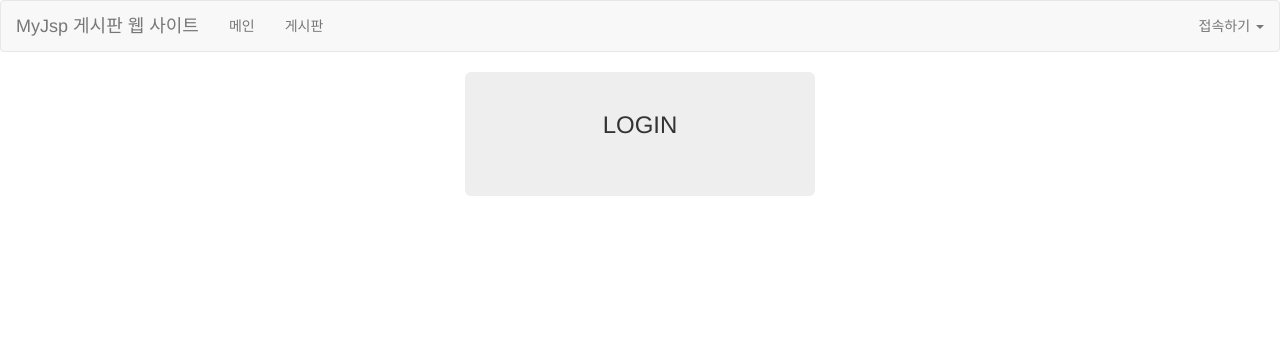
Repository: Ji3un/JspBoard
Page: http://localhost/BBS/join.jsp
These files come from the project's save history. The page is drawn as it stood at one moment and after the next save; the edit follows.
The browser window is 1280 px wide. The pictures show the whole page.
Some web libraries are served in a nearby version. The page is served by Tomcat 9. Other server files are loaded and not shown.

Above is the page before, as saved 2017-10-03 10:42:09.

### BBS/WebContent/join.jsp
<%@ page language="java" contentType="text/html; charset=UTF-8"
    pageEncoding="UTF-8"%>
<!DOCTYPE html>
<html>
<head>
<meta name="viewport" content="width=device-width", initial-scale="1">
<meta http-equiv="Content-Type" content="text/html; charset=UTF-8">
<link rel="stylesheet" href="css/bootstrap.css">
<title>MyJsp 게시판</title>
</head>
<body>
	<nav class="navbar navbar-default">
		<div class="navbar-header">
			<button type="button" class="navbar-toggle collapsed"
			 data-toggle="collapse" data-target="#bs-example-navbar-collapse-1"
			 aria-expanded="false">
				<span class="icon-bar"></span>
				<span class="icon-bar"></span>
				<span class="icon-bar"></span>
			</button>
			<a class="navbar-brand" href="main.jsp">MyJsp 게시판 웹 사이트</a>
		</div>
		<div class="collapse navbar-collapse" id="#bs-example-navbar-collapse-1">
			<ul class="nav navbar-nav">
				<li><a href="main.jsp">메인</a></li>
				<li><a href="bbs.jsp">게시판</a></li>
			</ul>
			<ul class="nav navbar-nav navbar-right">
				<li class="dropdown">
					<a class="dropdown-toggle" data-toggle="dropdown"
					role="button" href="#" aria-haspopup="true" aria-expanded="false">
					접속하기 <span class="caret"></span>
					</a>
					<ul class="dropdown-menu">
						<li class="active"><a href="login.jsp">로그인</a></li>
						<li><a href="join.jsp">회원가입</a></li>
					</ul>
				</li>
			</ul>
		</div>
	</nav>
	<div class="container">
		<div class="col-lg-4"></div>
		<div class="col-lg-4">
			<div class="jumbotron" style="padding-top:20px;">
				<form method="post" action="loginAction.jsp">
					<h3 style="text-align:center;">LOGIN</h3>
				</form>
			</div>
		</div>
		<div class="col-lg-4"></div>
	</div>
	<script src="https://code.jquery.com/jquery-3.2.1.min.js"></script>
	<script src="js/bootstrap.js"></script>
</body>
</html>

Loaded but not shown: BBS/WebContent/css/bootstrap.css (library); BBS/WebContent/js/bootstrap.js (library)

After the next save:
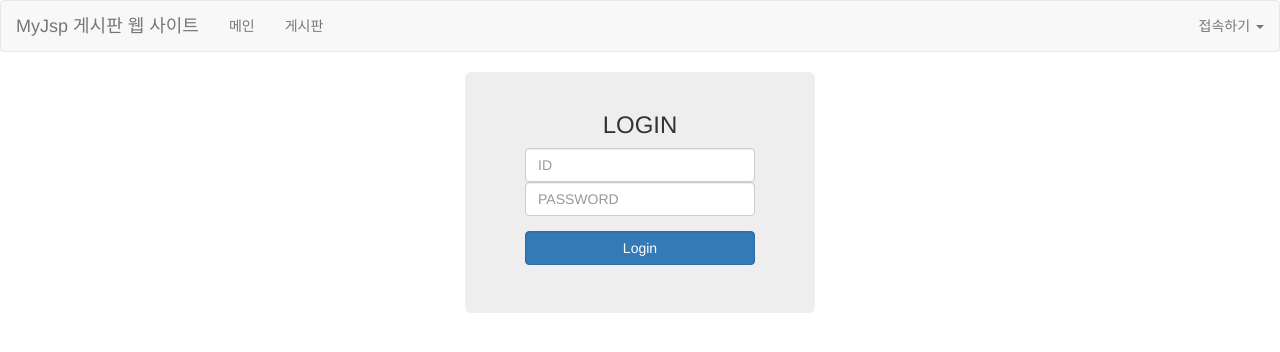
Saved 4 min 24 s later.
--- a/BBS/WebContent/join.jsp
+++ b/BBS/WebContent/join.jsp
@@ -45,6 +45,11 @@
 			<div class="jumbotron" style="padding-top:20px;">
 				<form method="post" action="loginAction.jsp">
 					<h3 style="text-align:center;">LOGIN</h3>
+					<div class="form-group">
+						<input type="text" class="form-control" placeholder="ID" name="userID" maxlength="20">
+						<input type="password" class="form-control" placeholder="PASSWORD" name="userPassword">
+					</div>
+					<input type="submit" class="btn btn-primary form-control" value="Login">
 				</form>
 			</div>
 		</div>
